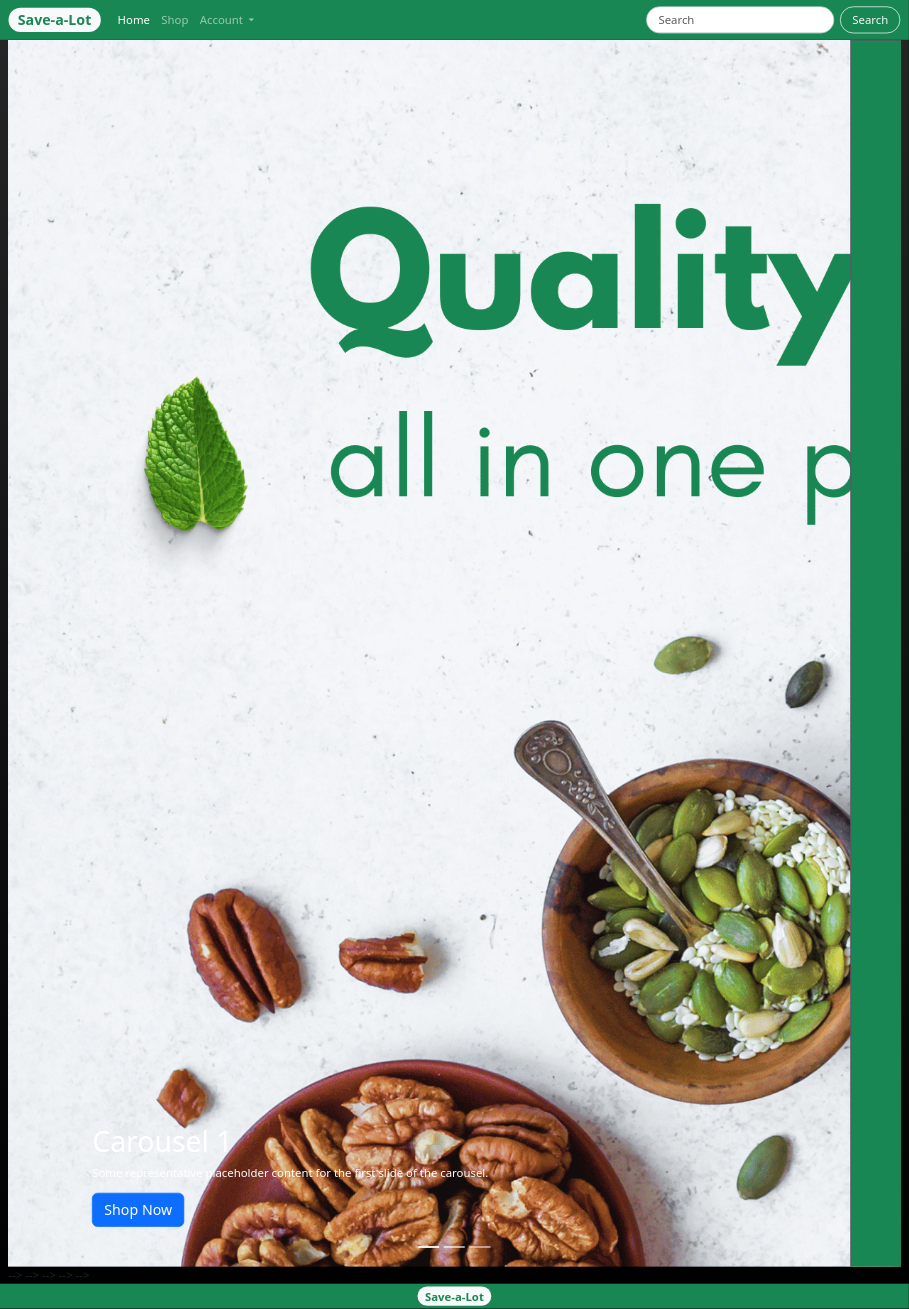
Repository: bill071194/savealot
Page: savealot/resources/views/index.blade.php
The author's editor kept a record of every edit. The page is drawn from the files as they stood at one moment, then again after the next edit.
The browser window is 1280 px wide. The pictures show the whole page, at 71% of full size.
The page is served by the project's Laravel application, run on PHP 8.4 with Laravel 10. Other server files are loaded and not shown. The template is opened directly, without the code that normally fills it, so the values that code supplies are empty.

Above is the page before.

### savealot/routes/web.php
<?php

use Illuminate\Support\Facades\Route;
use App\Http\Controllers\Auth\LoginController;
use App\Http\Controllers\Auth\RegisterController;
use App\Http\Controllers\InventoryController;
use App\Http\Controllers\OrderController;

/*
|--------------------------------------------------------------------------
| Web Routes
|--------------------------------------------------------------------------
|
| Here is where you can register web routes for your application. These
| routes are loaded by the RouteServiceProvider and all of them will
| be assigned to the "web" middleware group. Make something great!
|
*/

// Adding more default view in //
// Route::view('/index', 'index');
Route::view('/shop', 'shop');
Route::view('/login', 'login');
Route::view('/register', 'register');
// Route::view('/cart', 'cart');
Route::view('/admin', 'admin');
// Route::get('/{page}', function (string $page) {
//     return view("$page");
// });
// These might all be phased out later //



// Route::get('/', function () {
//     return view('index.html');
// });

// Route::get('/', function () {
//     return view('index');
// });

Auth::routes();

Route::get('/home', [App\Http\Controllers\HomeController::class, 'index'])->name('home');

// Route::resource('inventory',InventoryController::class)
//     ->only(['index']);

// Route::get('/inventory', [App\Http\Controllers\InventoryController::class, 'index']);
// Route::get('/inventory/{id}', [App\Http\Controllers\InventoryController::class, 'show']);
Route::get('/shop', [App\Http\Controllers\InventoryController::class, 'shop']);


Route::controller(InventoryController::class)->group(function () {
    Route::get('/', 'homepage');
    Route::get('/index', 'homepage');
    Route::get('/inventory', 'index');
    Route::get('/inventory/create', 'create');
    Route::post('/inventory/create', 'store');
    Route::get('/inventory/{id}', 'edit');
    Route::post('/inventory/{id}', 'update');
    Route::post('/inventory/{id}/destroy', 'destroy');
    Route::get('/shop/{id}', 'show');
    Route::post('/shop/{id}/addToCart', 'addToCart');
    Route::post('/shop/{id}/removeFromCart', 'removeFromCart');
    Route::get('/search', 'search');
    Route::get('/cart', 'cart');
    Route::post('/emptyCart', 'emptyCart');
});

Route::controller(OrderController::class)->group(function () {
   Route::post('/cart/checkout', 'checkOut');
});

### savealot/resources/views/index.blade.php
@extends('layouts.base1b')

@section('title', 'Save-a-lot Home')
@section('activeHome', 'active')

@section('main')
<div id="myCarousel" class="carousel slide" data-bs-ride="carousel">
    <div class="carousel-indicators">
      <button type="button" data-bs-target="#myCarousel" data-bs-slide-to="0" class="active" aria-label="Slide 1" aria-current="true"></button>
      <button type="button" data-bs-target="#myCarousel" data-bs-slide-to="1" aria-label="Slide 2" class=""></button>
      <button type="button" data-bs-target="#myCarousel" data-bs-slide-to="2" aria-label="Slide 3" class=""></button>
    </div>
    <div class="carousel-inner">
      <div class="carousel-item active">
        <img src="pics/carousel1.png" alt="carousel1">
        <div class="container">
          <div class="carousel-caption text-start">
            <h1>Carousel 1</h1>
            <p>Some representative placeholder content for the first slide of the carousel.</p>
            <p><a class="btn btn-lg btn-primary" href="shop">Shop Now</a></p>
          </div>
        </div>
      </div>
      <div class="carousel-item">
        <img src="pics/carousel2.png" alt="carousel2">
        <div class="container">
          <div class="carousel-caption">
            <h1>Another example headline.</h1>
            <p>Some representative placeholder content for the second slide of the carousel.</p>
            <p><a class="btn btn-lg btn-primary" href="auth/register">Register</a></p>
          </div>
        </div>
      </div>
      <div class="carousel-item">
        <img src="pics/carousel3.png" alt="carousel3">
        <div class="container">
          <div class="carousel-caption text-end">
            <h1>One more for good measure.</h1>
            <p>Some representative placeholder content for the third slide of this carousel.</p>
          </div>
        </div>
      </div>
    </div>
    <button class="carousel-control-prev" type="button" data-bs-target="#myCarousel" data-bs-slide="prev">
      <span class="carousel-control-prev-icon" aria-hidden="true"></span>
      <span class="visually-hidden">Previous</span>
    </button>
    <button class="carousel-control-next" type="button" data-bs-target="#myCarousel" data-bs-slide="next">
      <span class="carousel-control-next-icon" aria-hidden="true"></span>
      <span class="visually-hidden">Next</span>
    </button>
  </div>


  <!-- Marketing messaging and featurettes
  <!--================================================== -->-->
  <!-- Wrap the rest of the page in another container to center all the content. -->

  <!--<div class="container marketing">-->

    <!-- Three columns of text below the carousel -->
  <!--  <div class="row">-->
  <!--    <div class="col-lg-4">-->
  <!--      <svg class="bd-placeholder-img rounded-circle" width="140" height="140" xmlns="http://www.w3.org/2000/svg" role="img" aria-label="Placeholder" preserveAspectRatio="xMidYMid slice" focusable="false"><title>Placeholder</title><rect width="100%" height="100%" fill="var(--bs-secondary-color)"></rect></svg>-->
  <!--      <h2 class="fw-normal">Heading</h2>-->
  <!--      <p>Some representative placeholder content for the three columns of text below the carousel. This is the first column.</p>-->
  <!--      <p><a class="btn btn-secondary" href="#">View details »</a></p>-->
  <!--    </div><!-- /.col-lg-4 -->-->
  <!--    <div class="col-lg-4">-->
  <!--      <svg class="bd-placeholder-img rounded-circle" width="140" height="140" xmlns="http://www.w3.org/2000/svg" role="img" aria-label="Placeholder" preserveAspectRatio="xMidYMid slice" focusable="false"><title>Placeholder</title><rect width="100%" height="100%" fill="var(--bs-secondary-color)"></rect></svg>-->
  <!--      <h2 class="fw-normal">Heading</h2>-->
  <!--      <p>Another exciting bit of representative placeholder content. This time, we've moved on to the second column.</p>-->
  <!--      <p><a class="btn btn-secondary" href="#">View details »</a></p>-->
  <!--    </div><!-- /.col-lg-4 -->-->
  <!--    <div class="col-lg-4">-->
  <!--      <svg class="bd-placeholder-img rounded-circle" width="140" height="140" xmlns="http://www.w3.org/2000/svg" role="img" aria-label="Placeholder" preserveAspectRatio="xMidYMid slice" focusable="false"><title>Placeholder</title><rect width="100%" height="100%" fill="var(--bs-secondary-color)"></rect></svg>-->
  <!--      <h2 class="fw-normal">Heading</h2>-->
  <!--      <p>And lastly this, the third column of representative placeholder content.</p>-->
  <!--      <p><a class="btn btn-secondary" href="#">View details »</a></p>-->
  <!--    </div><!-- /.col-lg-4 -->-->
  <!--  </div><!-- /.row -->-->


    <!-- START THE FEATURETTES -->

  <!--  <hr class="featurette-divider">-->

  <!--  <div class="row featurette">-->
  <!--    <div class="col-md-7">-->
  <!--      <h2 class="featurette-heading fw-normal lh-1">First featurette heading. <span class="text-body-secondary">It’ll blow your mind.</span></h2>-->
  <!--      <p class="lead">Some great placeholder content for the first featurette here. Imagine some exciting prose here.</p>-->
  <!--    </div>-->
  <!--    <div class="col-md-5">-->
  <!--      <svg class="bd-placeholder-img bd-placeholder-img-lg featurette-image img-fluid mx-auto" width="500" height="500" xmlns="http://www.w3.org/2000/svg" role="img" aria-label="Placeholder: 500x500" preserveAspectRatio="xMidYMid slice" focusable="false"><title>Placeholder</title><rect width="100%" height="100%" fill="var(--bs-secondary-bg)"></rect><text x="50%" y="50%" fill="var(--bs-secondary-color)" dy=".3em">500x500</text></svg>-->
  <!--    </div>-->
  <!--  </div>-->

  <!--  <hr class="featurette-divider">-->

  <!--  <div class="row featurette">-->
  <!--    <div class="col-md-7 order-md-2">-->
  <!--      <h2 class="featurette-heading fw-normal lh-1">Oh yeah, it’s that good. <span class="text-body-secondary">See for yourself.</span></h2>-->
  <!--      <p class="lead">Another featurette? Of course. More placeholder content here to give you an idea of how this layout would work with some actual real-world content in place.</p>-->
  <!--    </div>-->
  <!--    <div class="col-md-5 order-md-1">-->
  <!--      <svg class="bd-placeholder-img bd-placeholder-img-lg featurette-image img-fluid mx-auto" width="500" height="500" xmlns="http://www.w3.org/2000/svg" role="img" aria-label="Placeholder: 500x500" preserveAspectRatio="xMidYMid slice" focusable="false"><title>Placeholder</title><rect width="100%" height="100%" fill="var(--bs-secondary-bg)"></rect><text x="50%" y="50%" fill="var(--bs-secondary-color)" dy=".3em">500x500</text></svg>-->
  <!--    </div>-->
  <!--  </div>-->

  <!--  <hr class="featurette-divider">-->

  <!--  <div class="row featurette">-->
  <!--    <div class="col-md-7">-->
  <!--      <h2 class="featurette-heading fw-normal lh-1">And lastly, this one. <span class="text-body-secondary">Checkmate.</span></h2>-->
  <!--      <p class="lead">And yes, this is the last block of representative placeholder content. Again, not really intended to be actually read, simply here to give you a better view of what this would look like with some actual content. Your content.</p>-->
  <!--    </div>-->
  <!--    <div class="col-md-5">-->
  <!--      <svg class="bd-placeholder-img bd-placeholder-img-lg featurette-image img-fluid mx-auto" width="500" height="500" xmlns="http://www.w3.org/2000/svg" role="img" aria-label="Placeholder: 500x500" preserveAspectRatio="xMidYMid slice" focusable="false"><title>Placeholder</title><rect width="100%" height="100%" fill="var(--bs-secondary-bg)"></rect><text x="50%" y="50%" fill="var(--bs-secondary-color)" dy=".3em">500x500</text></svg>-->
  <!--    </div>-->
  <!--  </div>-->

  <!--  <hr class="featurette-divider">-->

    <!-- /END THE FEATURETTES -->

  </div><!-- /.container -->

@endsection

### savealot/resources/views/layouts/base1b.blade.php
<!DOCTYPE html>
<html lang="en">
<head>
	<title>@yield('title')</title>
	<meta charset="utf-8">
	<meta name="viewport" content="width=device-width, initial-scale=1">
	<!-- CSRF Token -->
    <meta name="csrf-token" content="{{ csrf_token() }}">
	{{-- <link rel="stylesheet" href="https://cdn.jsdelivr.net/npm/bootstrap@5.3.0-alpha1/dist/css/bootstrap.min.css"> --}}
	<link rel="stylesheet" href="bootstrap.css">
	<!-- <link rel="stylesheet" href="https://cdn.jsdelivr.net/npm/bootstrap-icons@1.10.3/font/bootstrap-icons.css"> -->
	<script src="https://cdn.jsdelivr.net/npm/bootstrap@5.3.0-alpha1/dist/js/bootstrap.bundle.min.js"></script>
</head>
<body class="min-vh-100 d-flex flex-column bg-black bg-gradient">
	<nav class="navbar navbar-expand-sm navbar-dark bg-success">
		<div class="container-fluid align-middle">
			<a class="navbar-brand badge text-bg-light text-success fs-5 rounded-5" href="index">Save-a-Lot</a>
            <button class="navbar-toggler" type="button" data-bs-toggle="collapse" data-bs-target="#navbarSupportedContent" aria-controls="navbarSupportedContent" aria-expanded="false" aria-label="Toggle navigation">
                <span class="navbar-toggler-icon"></span>
			</button>
			<div class="collapse navbar-collapse" id="navbarSupportedContent">
                <ul class="navbar-nav me-auto">
                    <li class="nav-item">
                        <a class="nav-link @yield('activeHome')" aria-current="page" href="index">Home</a>
                    </li>
                    <li class="nav-item">
                        <a class="nav-link @yield('activeShop')" href="shop">Shop</a>
                    </li>
                    <li class="nav-item dropdown">
                        <a class="nav-link dropdown-toggle" href="#" role="button" data-bs-toggle="dropdown" aria-expanded="false">
                            @auth
                                {{Auth::user()->name}}
                            @endauth
                            @guest
                                Account
                            @endguest
                        </a>
                        <ul class="dropdown-menu mb-2">
                            @auth
                                <a class="dropdown-item" href="{{ route('logout') }}"
                                onclick="event.preventDefault();
                                document.getElementById('logout-form').submit();">
                                    {{ __('Logout') }}
                                </a>
                                <form id="logout-form" action="{{ route('logout') }}" method="POST" class="d-none">
                                    @csrf
                                </form>
                            @endauth
                            @guest
                                <li><a class="dropdown-item @yield('activeLogin')" href="/login">Login</a></li>
                                <li><a class="dropdown-item @yield('activeRegister')" href="/register">Register</a></li>
                            @endguest
                            <li><hr class="dropdown-divider"></li>
                            <li><a class="dropdown-item @yield('activeCart')" href="/cart">Cart</a></li>
                            @isset(Auth::user()->email)
                                <li><a class="dropdown-item @yield('activeOrderHistory')" href="/orderhistory">Order History</a></li>
                                @if (Auth::user()->email == "saladmin@localhost")
                                    <li><a class="dropdown-item @yield('activeAdmin')" href="/admin">Admin</a></li>
                                @endif
                            @endisset
                        </ul>
                    </li>
                </ul>
				<form class="d-flex" action="/search" method="get" role="search">
                    <input class="form-control me-2 rounded-5 px-3" type="search" name="search" placeholder="Search" aria-label="Search">
                    <input class="btn btn-outline-light rounded-5 px-3" type="submit" value="Search">
				</form>
			</div>
		</div>
	</nav>

	<main class="container-fluid flex-grow-1">
		@yield('main')
	</main>

	<footer class="container-fluid p-1 bg-success text-center">
		<a class="navbar-brand badge text-bg-light text-success fs-6 rounded-5" href="index">Save-a-Lot</a>
	</footer>

</body>
</html>

Loaded but not shown: savealot/app/Http/Controllers/Auth/ConfirmPasswordController.php (common file); savealot/app/Http/Controllers/Controller.php (common file); savealot/public/bootstrap.css (library)

After the next edit:
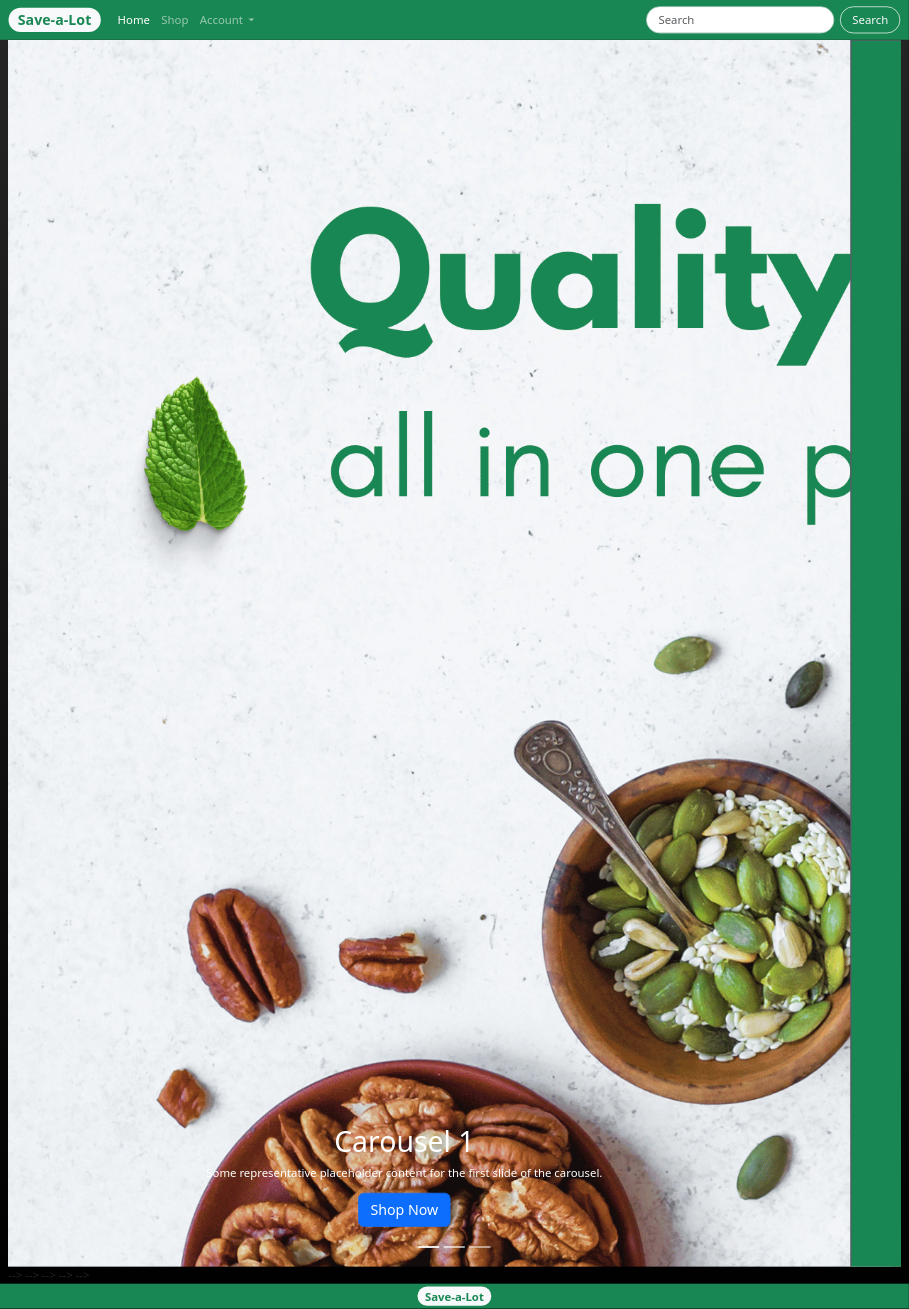
The edit:
--- a/savealot/resources/views/index.blade.php
+++ b/savealot/resources/views/index.blade.php
@@ -14,7 +14,7 @@
       <div class="carousel-item active">
         <img src="pics/carousel1.png" alt="carousel1">
         <div class="container">
-          <div class="carousel-caption text-start">
+          <div class="carousel-caption">
             <h1>Carousel 1</h1>
             <p>Some representative placeholder content for the first slide of the carousel.</p>
             <p><a class="btn btn-lg btn-primary" href="shop">Shop Now</a></p>
